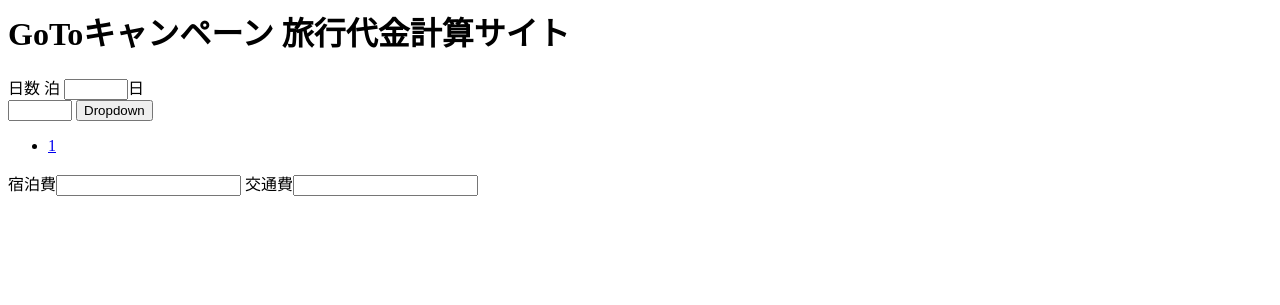
Repository: Ischca/ischca.github.io
Page: src/my-app.html
An editor plug-in stored every save of this project. The page is shown before and after the next save, followed by the edit.
The browser window is 1280 px wide. The pictures show the whole page.

Above is the page before, as saved 2020-10-02 13:49:13.

After the next save:
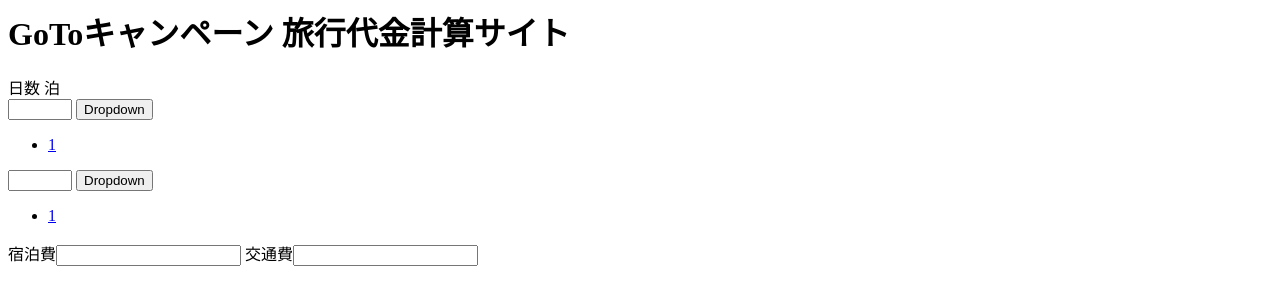
Saved 29 s later.
--- a/src/my-app.html
+++ b/src/my-app.html
@@ -2,7 +2,13 @@
 
 日数
 泊
-<input type="number" min="1" max="100">日
+<div class="input-group mb-3">
+    <input type="number" class="form-control" min="1" max="100">
+    <button class="btn btn-outline-secondary dropdown-toggle" type="button" data-toggle="dropdown" aria-expanded="false">Dropdown</button>
+    <ul class="dropdown-menu dropdown-menu-right">
+      <li><a class="dropdown-item" href="#">1</a></li>
+    </ul>
+  </div>
 
 <div class="input-group mb-3">
     <input type="number" class="form-control" min="1" max="100">
